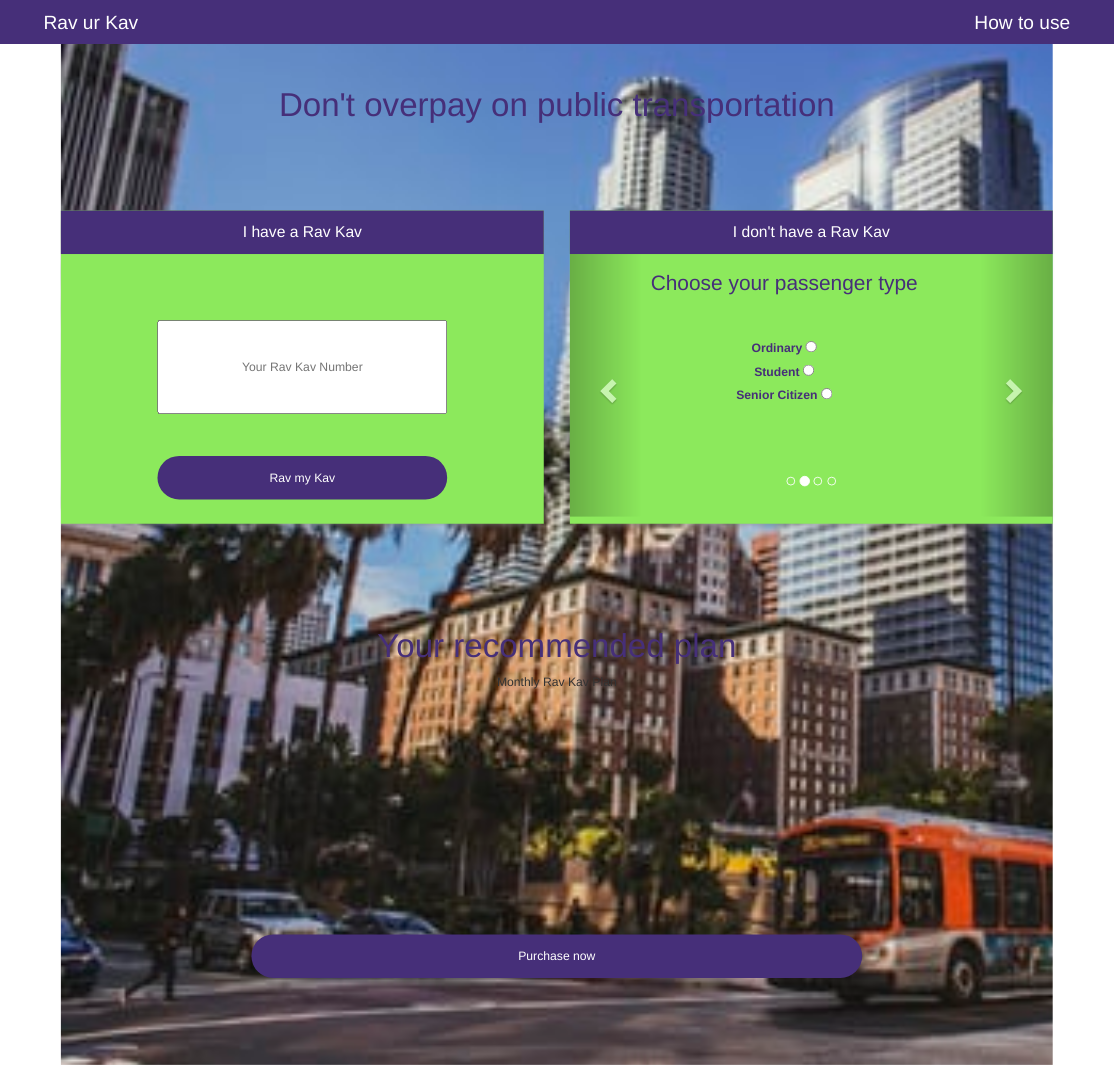
Repository: Louhla/Rav-ur-Kav
Page: index.html
These files come from the project's save history. The page is drawn as it stood at one moment and after the next save; the edit follows.
The browser window is 1280 px wide. The pictures show the whole page, at 87% of full size.

Above is the page before, as saved 2019-07-18 13:17:01.
Console error: SyntaxError: Unexpected token ')'

### index.html
<!DOCTYPE html>
<html lang="en">

<head>
    <meta charset="utf-8">
    <meta name="viewport" content="width=device-width, initial-scale=1">
    <link href="https://fonts.googleapis.com/css?family=Roboto&display=swap" rel="stylesheet">
    <link rel="stylesheet" href="https://maxcdn.bootstrapcdn.com/bootstrap/3.4.0/css/bootstrap.min.css">
    <script src="https://ajax.googleapis.com/ajax/libs/jquery/3.4.1/jquery.min.js"></script>
    <script src="https://maxcdn.bootstrapcdn.com/bootstrap/3.4.0/js/bootstrap.min.js"></script>
    <link rel="stylesheet" type="text/css" href="./css/rav-ur-kav.css">
    <title>Rav ur kav - Public Transport Calculator</title>
    <meta name="description" content="Get the best rate for your Rav Kav according to your commute">
</head>

<body>
    <div id="modal-wrapper">
        <div class="modal">
            <h1>How to get the most our of your Rav Kav:</h1>
            <h3>For current Rav Kav users:</h3>
            <h3>Log in with your Rav Kav card number located on the back of your card (bottom right corner)</h3>
            <h3>Rav ur Kav alanlyzes your commute history and reccomends the best Rav Kav plan that will save you the
                most money</h3>
            <h3>Not sure what plan is right for you?</h3>
            <h3>Use the Rav Kav plan calculator to figure out which plan is right for you</h3>
            <br>
            <div id="button-box">
                <button class="my-button" id="close">Close</button>
            </div>
        </div>
    </div>
    <div id="root"></div>
    <heading class="header">
        <div class="logo">Rav ur Kav
        </div>
        <div id="how-to">How to use
        </div>
    </heading>

    <div class="container">
        <div id="first-slide">
            <div class="row">
                <div class="col-md-12">
                    <h1>Don't overpay on public transportation</h1>
                </div>
            </div>
            <div class="row">
                <div class="col-md-6">
                    <form id="existing-user-form">
                        <div class="existing-user">
                            <h4>I have a Rav Kav</h4>
                            <input id="rav-kav-number" type=text placeholder="Your Rav Kav Number"></input>
                            <a href="#recommended-plan">
                                <input type="submit" value="Rav my Kav" id="rav-kav-number-button" />
                            </a>
                    </form>
                </div>
            </div>
            <div class="col-md-6">
                <div class="new-user">
                    <h4>I don't have a Rav Kav</h4>
                    <div id="myCarousel" class="carousel slide" data-ride="carousel">
                        <!-- Indicators -->
                        <ol class="carousel-indicators">
                            <li data-target="#myCarousel" data-slide-to="0" class="active"></li>
                            <li data-target="#myCarousel" data-slide-to="1"></li>
                            <li data-target="#myCarousel" data-slide-to="2"></li>
                            <li data-target="#myCarousel" data-slide-to="3"></li>
                        </ol>

                        <!-- Wrapper for slides -->
                        <form id="plan-calculator-form1">
                            <div class="carousel-inner">
                                <div class="item active">
                                    <h3>Choose your passenger type</h3>
                                    <div>
                                        <label>Ordinary</label>
                                        <input type="radio" name="radio" value="ordinary"></input>
                                    </div>
                                    <div>
                                        <label>Student</label>
                                        <input type="radio" name="radio" value="student"></input>
                                    </div>
                                    <div>
                                        <label>Senior Citizen</label>
                                        <input type="radio" name="radio" value="senior"></input>
                                    </div>
                                </div>
                        </form>

                        <div class="item">
                            <h3>Where do you wanna ride?</h3>
                            <form id="plan-calculator-form2">
                                <label style="display:block">Choose one city or two if you are travelling between
                                    them</label>
                                <select>
                                    <option value="TelAviv">Tel Aviv</option>
                                    <option value="Jerusalem">Jerusalem</option>
                                    <option value="Haifa">Haifa</option>
                                    <option value="Rishon-le-zion">Rishon Le Zion</option>
                                    <option value="Herzlya">Herzlya</option>
                                    <option value="Herzlya">Herzlya</option>
                                    <option value="Herzlya">Herzlya</option>
                                    <option value="Beit-shemesh">Beit Shemesh</option>
                                </select>
                                <button id="add-city">add city</button>
                                <select id="hidden-cities">
                                    <option value="TelAviv">Tel Aviv</option>
                                    <option value="Jerusalem">Jerusalem</option>
                                    <option value="Haifa">Haifa</option>
                                    <option value="Rishon-le-zion">Rishon Le Zion</option>
                                    <option value="Herzlya">Herzlya</option>
                                    <option value="Herzlya">Herzlya</option>
                                    <option value="Herzlya">Herzlya</option>
                                    <option value="Beit-shemesh">Beit Shemesh</option>
                                </select>
                            </form>
                        </div>

                        <div class="item">
                            <h3>What's your public transportation?</h3>
                            <table id="driving-pattern">
                                <form id="plan-calculator-form3">
                                    <tr>
                                        <th>Type</th>
                                        <th>MON</th>
                                        <th>TUE</th>
                                        <th>WED</th>
                                        <th>THU</th>
                                        <th>FRI</th>
                                        <th>SAT</th>
                                        <th>SUN</th>
                                    </tr>
                                    <tr>
                                        <td>City 2 City Bus</td>
                                        <td><input id="c2c" class="rides-per-day" type="number" min="0" max="9"></input>
                                        </td>
                                        <td><input class="rides-per-day" type="number" min="0" max="9"></input></td>
                                        <td><input class="rides-per-day" type="number" min="0" max="9"></input></td>
                                        <td><input class="rides-per-day" type="number" min="0" max="9"></input></td>
                                        <td><input class="rides-per-day" type="number"></input></td>
                                        <td><input class="rides-per-day" type="number" min="0" max="9"></input></td>
                                        <td><input class="rides-per-day" type="number" min="0" max="9"></input></td>
                                    </tr>
                                    <tr>
                                        <td>City 2 City Train</td>
                                        <td><input class="rides-per-day" type="number" min="0" max="9"></input></td>
                                        <td><input class="rides-per-day" type="number" min="0" max="9"></input></td>
                                        <td><input class="rides-per-day" type="number" min="0" max="9"></input></td>
                                        <td><input class="rides-per-day" type="number" min="0" max="9"></input></td>
                                        <td><input class="rides-per-day" type="number" min="0" max="9"></input></td>
                                        <td><input class="rides-per-day" type="number" min="0" max="9"></input></td>
                                        <td><input class="rides-per-day" type="number" min="0" max="9"></input></td>
                                    </tr>
                                    <tr>
                                        <td>City Bus</td>
                                        <td><input class="rides-per-day" type="number" min="0" max="9"></input></td>
                                        <td><input class="rides-per-day" type="number" min="0" max="9"></input></td>
                                        <td><input class="rides-per-day" type="number" min="0" max="9"></input></td>
                                        <td><input class="rides-per-day" type="number" min="0" max="9"></input></td>
                                        <td><input class="rides-per-day" type="number" min="0" max="9"></input></td>
                                        <td><input class="rides-per-day" type="number" min="0" max="9"></input></td>
                                        <td><input class="rides-per-day" type="number" min="0" max="9"></input></td>
                                    </tr>
                                </form>
                            </table>
                        </div>
                        <div id="submit-new-user" class="item">
                            <a href="#recommended-plan">
                                <input type="submit" value="Rav my Kav" id="rav-my-kav" />
                            </a>
                        </div>
                    </div>
                    </form>
                    <!-- Left and right controls -->
                    <a class="left carousel-control" href="#myCarousel" data-slide="prev">
                        <span class="glyphicon glyphicon-chevron-left"></span>
                        <span class="sr-only">Previous</span>
                    </a>
                    <a class="right carousel-control" href="#myCarousel" data-slide="next">
                        <span class="glyphicon glyphicon-chevron-right"></span>
                        <span class="sr-only">Next</span>
                    </a>
                </div>
            </div>
        </div>

        <div class="row">
            <div class="col-md-12 recommended-plan" id="recommended-plan">
                <h2>Your recommended plan</h2>
                <div>
                    Monthly Rav Kav Plan
                </div>
                <button id="purchase">Purchase now</button>
            </div>
        </div>
        <script type="text/javascript" src="./js/rav-ur-kav.js"></script>
</body>

</html>

### css/rav-ur-kav.css
body {
    margin: 0px;
    padding: 0px;

    /* background-image: url(../IMG/bus.jpg); */
}
#first-slide{
    background-image: url(../img/tropical-city-bus.jpg);
    background-size: cover;
}
/* Modal START */
#modal-wrapper {
    position: fixed;
    top: 0;
    bottom: 0;
    right: 0;
    left: 0;
    background-color: rgba(0, 0, 0, 0.5);
    z-index: 12345;
    display: none;
}

#modal-wrapper .modal {
    background-color: #462F79;
    width: 70vw;
    height: 70vh;
    position: absolute;
    top: 50%;
    left: 50%;
    transform: translateX(-50%) translateY(-50%);
    border-radius: 5px;
    color: white;
    display: flex;
    flex-direction: column;
    justify-content: space-evenly;
}


.modal h1 {
    font-size: 3rem;
    margin: 1rem 5rem;
    text-shadow: 1px 2px #000000;
}

.modal h3 {
    font-size: 2rem;
    margin: 1rem 5rem;
}

#button-box {
    width: 80%;
    display: flex;
    justify-content: flex-end;
    align-items: center;
}

.my-button {
    color: white;
    background-color:#27164D;
    height: 5vh;
    width: 20vh;
    font-size: 4vh;
    text-align: center;
    padding: 0;
}
/* Modal END */

/* Homepage START */
.header{
    display: flex;
    position: fixed;
    z-index: 9;
    justify-content: space-between;
    width: 100%;
    align-items: center;
    box-shadow: 5px;
    background-color: #462F79;
    color: white;
    font-size: 22px;
}
.logo{
    margin: 10px 0px 10px 50px;
}
.how-to{
    margin: 10px 50px 10px 0px;
}
.existing-user{
    background-color: #8CE95C;
    display: flex;
    flex-direction: column;
    text-align: center;
    height: 50vh;
    box-shadow: 5px 10px 8px -10px #888888;
}
.new-user{
    background-color: #8CE95C;
    text-align: center;
    height: 50vh;
    box-shadow: 5px 10px 8px -10px #888888;
}
h1{
    text-align: center;
    margin: 100px;
    color: #8CE95C;
    font-size: 38px;
}
.existing-user > h4, .new-user > h4{
    background-color: #462F79;
    padding: 15px 0px;
    margin: 0px;
    color: white;
}
#rav-kav-number{
    width: 60%;
    margin: auto;
    text-align: center;
}
#rav-kav-number-button, #purchase, #rav-my-kav{
    width: 60%;
    margin: auto;
    height: 50px;
    border-radius: 50px;
    border-style: none;
    color: white;
    background-color: #462F79;
    -webkit-transition: width 0.5s ease-in-out;
    -moz-transition: width 0.5s ease-in-out;
    -ms-transition: width 0.5s ease-in-out;
    transition: width 0.5s ease-in-out;
}
#rav-kav-number-button{
    position: relative;
    top: -28px;
}
#submit-new-user{
    height: 200px;
}
#rav-my-kav{
    position: relative;
    top: 37px;
}
#hidden-cities{
    display:none;
    margin: auto;
    margin-left: 184px;
}
#add-city{
    background-color: #462F79;
    border-radius: 50px;
    border-style: none;
    color: white;
}
.submit-new-customer{
    height: 200px;
}
.add-city{
    background-color: #462F79;
    border-radius: 50px;
    border-style: none;
    color:white;
}
#hidden-city{
    display: none;
}
#rav-my-kav{
    position: relative;
    top: 50%;
}
#rav-kav-number-button:hover{
    width: 62%;
}
a{
    cursor:pointer;
    text-decoration: none;
    color: white;
}
a:hover{
    text-decoration: none;
    color: white;
}
#how-to{
    margin: 10px 50px 10px 0px;
    cursor: pointer;
}
.existing-user{
    background-color: #8CE95C;
    display: flex;
    flex-direction: column;
    text-align: center;
    height: 50vh;
}
.new-user{
    background-color: #8CE95C;
    text-align: center;
    height: 50vh;
}
h1{
    text-align: center;
    margin: 100px;
    color: #462F79;
    font-size: 38px;
}
.existing-user > h4, .new-user > h4{
    background-color: #462F79;
    padding: 15px 0px;
    margin: 0px;
    color: white;
}
#rav-kav-number{
    width: 60%;
    height: 30%;
    margin: auto;
    text-align: center;
}
.recommended-plan{
    /* change to display none for jump link */
    display: flex;
    align-items :center;
    flex-direction: column;
    margin-top: 100px;
}
.recommended-plan > div{
    height: 300px;
}
h2{
    color: #462F79;
    font-size: 38px;
}
#purchase{
    margin-bottom: 100px;
}
.carousel{
    position: relative;
    height: 84%;
    color: #462F79;
}
#passenger-type{
    display: flex;
    flex-direction: column;
    align-items: center;
    justify-content: space-evenly;
}
label{
    border-radius: 50%;
}
h3{
    margin-bottom: 50px;
}
.rides-per-day{
    width: 30px;
    height: 30px;
}
#driving-pattern{
    margin: auto;
}
#show-plan{
    position: relative;
    top: -27px;
}
/* Homepage END */

### js/rav-ur-kav.js

$(document).ready(() => {
  // Globals

  // Modal buttons
  let howToButton = $("#how-to");
  let closeModalButton = $("#close");
  $(closeModalButton).on("click", () => {
    $("#modal-wrapper").toggle();
  });
  $(howToButton).on("click", () => {
    $("#modal-wrapper").toggle();
  });
  // Rav my Kav button
  let reccomendedPlanButton1 = $("#rav-kav-number-button");
  let reccomendedPlanButton2 = $("#rav-my-kav");
  $(reccomendedPlanButton1).on("click", () => {
    $("#recommended-plan").css("display", "flex");
  });
  $(reccomendedPlanButton2).on("click", () => {
    $("#recommended-plan").css("display", "flex");
  });
  $("#add-city").on("click", () => {
    $("#hidden-cities").css("display", "flex");
  });
  // $("#rav-kav-number-button").on("click", (function () {
  //   event.preventDefault();
  //   var userRavKavNumber = $("#rav-kav-number").val();
  //   $.ajax({
  //       type: "POST",
  //       url: "localhost7000/",
  //       data: {
  //           ravkavnumber: userRavKavNumber,
  //       },
  //   });
}));



  $('#plan-calculator-form1').click(function(){
    var usertype = $("input[name=radio]:checked", "#plan-calculator-form1").val();
      console.log(usertype);
  })
  $('#plan-calculator-form2').click(function(e){
    event.preventDefault();
    var objVal = {};
    var city = $("#plan-calculator-form2").find(":selected").val();
      console.log(city);
  })

//this could be another option:
  // $('#add').on("click", function() {
  //   var objVal = {};
  //   $('select').each(function() {
  //     var arr = $(':selected', this).map(function() {
  //       return this.value;
  //     }).get();
  //     objVal[$(this).attr("name")] = arr;
  //   });
  //   console.log(objVal);
  // });

  $('#plan-calculator-form3').click(function(){
    var frequency = $('#plan-calculator-form3').attr("id", "c2c");
      console.log(frequency);
  })
});


$('#rav-kav-number').on('input', function (event) {
  this.value = this.value.replace(/[^0-9]/g, '');
});

$('.carousel').carousel({
  interval: false
}).on('slid.bs.carousel', function () {
  curSlide = $('.active');
  if (curSlide.is(':first-child')) {
    $('.left').hide();
    return;
  } else {
    $('.left').show();
  }
  if (curSlide.is(':last-child')) {
    $('.right').hide();
    return;
  } else {
    $('.right').show();
  }
});

After the next save:
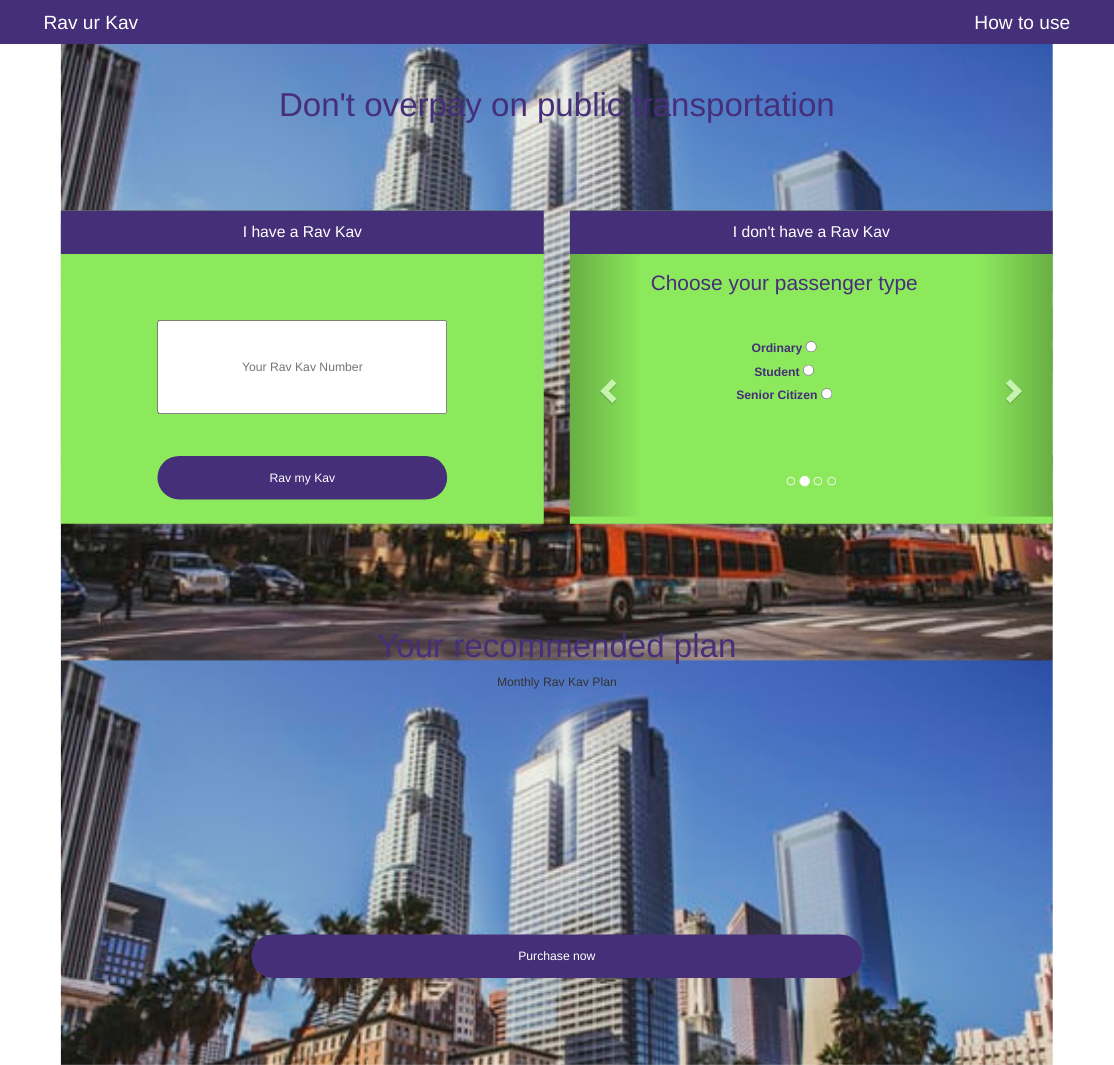
Saved 11 s later.
--- a/css/rav-ur-kav.css
+++ b/css/rav-ur-kav.css
@@ -6,7 +6,7 @@ body {
 }
 #first-slide{
     background-image: url(../img/tropical-city-bus.jpg);
-    background-size: cover;
+    background-size: contain;
 }
 /* Modal START */
 #modal-wrapper {
